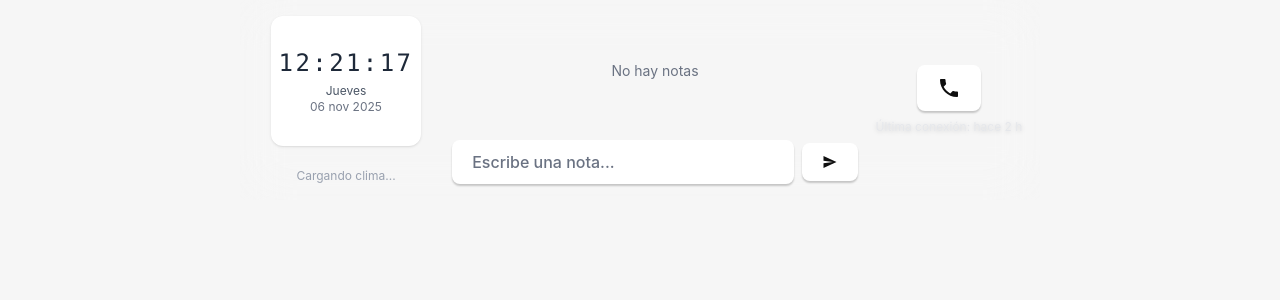
Repository: CodeByEvans/my-romantic-widget
Page: /
The author's editor kept a copy of each file at every save. The page is drawn from the files as they stood at one save, then again after the next save.
The browser window is 1280 px wide. The pictures show the whole page.
The page's requests for data from a server got no answer. The project was rebuilt for these pictures with package versions that can differ from the ones it lists, and the page was loaded fresh each time. No one was signed in, and anything a server would have sent is missing. Also part of the build but not shown: vite.config.ts.

Above is the page before, as saved 2025-11-06 13:37:07.

### src/App.tsx
import "./App.css";
import { Clock } from "./components/Clock";
import { WeatherWidget } from "./components/WeatherWidget";
import { NotesList } from "./components/NotesList";
import { NoteInput } from "./components/NoteInput";
import { CallButton } from "./components/CallButton";

function App() {
  return (
    <main
      data-tauri-drag-region
      className="w-[800px] h-[200px] mx-auto flex items-center justify-between gap-4
                      backdrop-blur-xl backdrop-saturate-150
                        p-4
                     text-gray-800"
    >
      {/* Clima + Reloj */}
      <section className="flex flex-col justify-between items-center h-full w-[180px] gap-2">
        <Clock />
        <WeatherWidget />
      </section>

      {/* Notas + input */}
      <section className="flex flex-col justify-between h-full flex-1">
        <NotesList />
        <NoteInput />
      </section>

      {/* Llamada */}
      <section className="flex flex-col justify-center items-center h-full w-[150px]">
        <CallButton />
        <p className="text-xs text-gray-200 mt-2 drop-shadow-sm">
          Última conexión: hace 2 h
        </p>
      </section>
    </main>
  );
}

export default App;

### src/App.css
@import "tailwindcss";

.logo.vite:hover {
  filter: drop-shadow(0 0 2em #747bff);
}

.logo.react:hover {
  filter: drop-shadow(0 0 2em #61dafb);
}
:root {
  font-family: Inter, Avenir, Helvetica, Arial, sans-serif;
  font-size: 16px;
  line-height: 24px;
  font-weight: 400;

  color: #0f0f0f;
  background-color: #f6f6f6;

  font-synthesis: none;
  text-rendering: optimizeLegibility;
  -webkit-font-smoothing: antialiased;
  -moz-osx-font-smoothing: grayscale;
  -webkit-text-size-adjust: 100%;
  -webkit-app-region: drag;
}

.container {
  margin: 0;
  padding-top: 10vh;
  display: flex;
  flex-direction: column;
  justify-content: center;
  text-align: center;
}

.logo {
  height: 6em;
  padding: 1.5em;
  will-change: filter;
  transition: 0.75s;
}

.logo.tauri:hover {
  filter: drop-shadow(0 0 2em #24c8db);
}

.row {
  display: flex;
  justify-content: center;
}

a {
  font-weight: 500;
  color: #646cff;
  text-decoration: inherit;
}

a:hover {
  color: #535bf2;
}

h1 {
  text-align: center;
}

input,
button {
  border-radius: 8px;
  border: 1px solid transparent;
  padding: 0.6em 1.2em;
  font-size: 1em;
  font-weight: 500;
  font-family: inherit;
  color: #0f0f0f;
  background-color: #ffffff;
  transition: border-color 0.25s;
  box-shadow: 0 2px 2px rgba(0, 0, 0, 0.2);
  -webkit-app-region: no-drag;
}

button {
  cursor: pointer;
}

button:hover {
  border-color: #396cd8;
}
button:active {
  border-color: #396cd8;
  background-color: #e8e8e8;
}

input,
button {
  outline: none;
}

#greet-input {
  margin-right: 5px;
}

@media (prefers-color-scheme: dark) {
  :root {
    color: #f6f6f6;
    background-color: #2f2f2f;
  }

  a:hover {
    color: #24c8db;
  }

  input,
  button {
    color: #ffffff;
    background-color: #0f0f0f98;
  }
  button:active {
    background-color: #0f0f0f69;
  }
}

### src/components/Clock.tsx
import { useEffect, useState } from "react";

export const Clock = () => {
  const [time, setTime] = useState(new Date());

  useEffect(() => {
    const interval = setInterval(() => {
      setTime(new Date());
    }, 1000);
    return () => clearInterval(interval);
  }, []);

  const hours = time.getHours().toString().padStart(2, "0");
  const minutes = time.getMinutes().toString().padStart(2, "0");
  const seconds = time.getSeconds().toString().padStart(2, "0");

  const day = time.toLocaleDateString("es-ES", { weekday: "long" });
  const date = time.toLocaleDateString("es-ES", {
    day: "2-digit",
    month: "short",
    year: "numeric",
  });

  return (
    <div className="bg-white rounded-xl shadow-sm px-3 py-2 flex flex-col items-center justify-center w-[150px] h-[130px] backdrop-blur-sm">
      <p className="text-2xl font-mono tracking-widest text-gray-800">
        {hours}:{minutes}:{seconds}
      </p>
      <p className="text-xs text-gray-600 mt-1 capitalize">{day}</p>
      <p className="text-xs text-gray-500">{date}</p>
    </div>
  );
};

### src/components/WeatherWidget.tsx
import { JSX } from "react";
import { useWeather } from "../hooks/useWeather";
import {
  WiDaySunny,
  WiCloud,
  WiRain,
  WiSnow,
  WiThunderstorm,
  WiFog,
  WiDayHaze,
} from "react-icons/wi";

const weatherStyles: Record<string, { gradient: string; icon: JSX.Element }> = {
  Thunderstorm: {
    gradient: "from-indigo-800 via-purple-700 to-indigo-900 text-white",
    icon: <WiThunderstorm size={28} />,
  },
  Drizzle: {
    gradient: "from-sky-400 via-sky-500 to-blue-600 text-white",
    icon: <WiRain size={28} />,
  },
  Rain: {
    gradient: "from-blue-500 via-indigo-500 to-blue-700 text-white",
    icon: <WiRain size={28} />,
  },
  Snow: {
    gradient: "from-cyan-100 via-blue-100 to-blue-300 text-gray-700",
    icon: <WiSnow size={28} />,
  },
  Mist: {
    gradient: "from-gray-200 via-gray-300 to-gray-400 text-gray-800",
    icon: <WiFog size={28} />,
  },
  Haze: {
    gradient: "from-amber-200 via-amber-300 to-amber-400 text-gray-800",
    icon: <WiDayHaze size={28} />,
  },
  Clear: {
    gradient: "from-yellow-200 via-orange-300 to-pink-400 text-gray-900",
    icon: <WiDaySunny size={28} />,
  },
  Clouds: {
    gradient: "from-gray-300 via-gray-400 to-gray-600 text-gray-900",
    icon: <WiCloud size={28} />,
  },
  Fog: {
    gradient: "from-gray-300 via-gray-400 to-gray-500 text-gray-900",
    icon: <WiFog size={28} />,
  },
};

export const WeatherWidget = () => {
  const { data, loading, errorWeather } = useWeather();

  if (errorWeather)
    return <div className="text-xs text-red-400">{errorWeather}</div>;
  if (loading || !data)
    return <div className="text-xs text-gray-400">Cargando clima...</div>;

  const [city, info] = Object.entries(data)[0] || [];
  const temp = Math.round(info.main.temp);
  const condition = info.weather[0].main;

  const style = weatherStyles[condition] || weatherStyles["Clouds"];

  return (
    <div
      className={`relative flex flex-col items-center justify-center rounded-2xl
                  bg-gradient-to-br ${style.gradient} w-[150px] h-[100px]
                  backdrop-blur-md bg-opacity-70 shadow-[0_2px_10px_rgba(0,0,0,0.3)]
                  border border-white/20 overflow-hidden transition-all duration-500`}
    >
      {/* sutil capa de brillo animado */}
      <div className="absolute inset-0 bg-white/10 opacity-0 hover:opacity-20 transition-opacity duration-500" />

      {/* borde de reflejo superior */}
      <div className="absolute top-0 left-0 right-0 h-[1px] bg-white/40" />

      {/* contenido */}
      <div className="flex items-center gap-2">
        <div className="animate-pulse-slow">{style.icon}</div>
        <div className="flex flex-col items-start leading-tight">
          <h2 className="text-xs font-semibold tracking-wide drop-shadow-sm">
            {city}
          </h2>
          <p className="text-lg font-bold drop-shadow-sm">{temp}°C</p>
        </div>
      </div>
    </div>
  );
};

### src/components/NotesList.tsx
import { useRealTimeNotes } from "../hooks/useRealTimeNotes";

export const NotesList = () => {
  const notes = useRealTimeNotes();

  const sortedNotes = [...notes].sort(
    (a, b) =>
      new Date(b.created_at).getTime() - new Date(a.created_at).getTime()
  );

  const noteToShow = sortedNotes[0];
  if (!noteToShow)
    return (
      <div className="flex items-center justify-center h-[110px] text-gray-500 text-sm">
        No hay notas
      </div>
    );

  return (
    <div className="bg-white rounded-xl backdrop-blur-sm shadow-inner p-3 h-[110px] overflow-hidden">
      <div className="flex justify-between items-center mb-1">
        <h3 className="font-semibold text-sm text-gray-700">
          {noteToShow.from}
        </h3>
        <small className="text-xs text-gray-400">
          {new Date(noteToShow.created_at).toLocaleString()}
        </small>
      </div>
      <p className="text-gray-700 text-sm italic line-clamp-3">
        {noteToShow.message}
      </p>
    </div>
  );
};

### src/components/NoteInput.tsx
import { IoMdSend } from "react-icons/io";

export const NoteInput = () => {
  return (
    <form className="flex items-center gap-2 mt-2">
      <input
        type="text"
        placeholder="Escribe una nota..."
        className="flex-1 text-sm px-3 py-2 rounded-lg bg-white text-gray-800 placeholder-gray-500 focus:outline-none focus:ring-2 focus:ring-blue-300 transition-all"
      />
      <button
        type="submit"
        className="p-2 bg-blue-500 rounded-full text-white hover:bg-blue-600 transition-colors"
      >
        <IoMdSend size={16} />
      </button>
    </form>
  );
};

### src/components/CallButton.tsx
import { IoMdCall } from "react-icons/io";

export const CallButton = () => {
  return (
    <div className="flex flex-col items-center justify-center">
      <button className="p-4 bg-green-500 text-white rounded-full shadow-md hover:bg-green-600 hover:scale-105 transition-transform">
        <IoMdCall size={24} />
      </button>
    </div>
  );
};

### src/hooks/useWeather.ts
import { useEffect, useState } from "react";
import {
  getCityByCoordinates,
  getWeatherByCity,
} from "../services/weatherService";
import { WeatherData } from "../types/weather";
import { useGeolocation } from "./useGeolocation";

export const useWeather = () => {
  const { coords, error } = useGeolocation();
  const [data, setData] = useState<Record<string, WeatherData> | null>(null);
  const [loading, setLoading] = useState<boolean>(false);
  const [errorWeather, setErrorWeather] = useState<string | null>(null);

  useEffect(() => {
    if (error) setErrorWeather(error);
  }, [error]);

  useEffect(() => {
    if (!coords) return;

    const fetchWeather = async () => {
      setLoading(true);
      try {
        const city = await getCityByCoordinates(
          coords.latitude,
          coords.longitude
        );
        const weather = await getWeatherByCity(city[0].name);
        setData({ [city[0].name]: weather });
      } catch (error) {
        console.error(error);
      } finally {
        setLoading(false);
      }
    };

    fetchWeather();
  }, [coords]);

  return { data, loading, errorWeather };
};

### src/hooks/useRealTimeNotes.ts
import { useEffect, useState } from "react";
import z from "zod";
import { supabase } from "../services/supabaseClient";

const noteSchema = z.object({
  id: z.number(),
  from: z.string(),
  message: z.string(),
  created_at: z.string(),
});

type Note = z.infer<typeof noteSchema>;

export const useRealTimeNotes = () => {
  const [notes, setNotes] = useState<Note[]>([]);

  useEffect(() => {
    // Cargar notas iniciales
    supabase
      .from<"notes", Note>("notes")
      .select("*")
      .then(({ data, error }) => {
        if (data) {
          setNotes(data);
          console.log("Notas cargadas:", data);
        } else {
          console.error("Error fetching notes:", error);
        }
      });

    // Suscripción en tiempo real
    const channel = supabase
      .channel("public:notes")
      .on(
        "postgres_changes",
        { event: "*", schema: "public", table: "notes" },
        (payload) => {
          console.log("Cambio dettectado:", payload);

          if (payload.eventType === "INSERT") {
            const newNote = noteSchema.parse(payload.new);
            setNotes((prevNotes) => [...prevNotes, newNote]);
            console.log("Nota añadida:", newNote);
          } else if (payload.eventType === "UPDATE") {
            setNotes((prev) =>
              prev.map((note) =>
                note.id === payload.new.id
                  ? noteSchema.parse(payload.new)
                  : note
              )
            );
          } else if (payload.eventType === "DELETE") {
            setNotes((prev) =>
              prev.filter((note) => note.id !== payload.old.id)
            );
          }
        }
      )
      .subscribe();

    return () => {
      supabase.removeChannel(channel);
    };
  }, []);

  return notes;
};

### src/services/weatherService.ts
import { envs } from "../config/envs";

export const getWeatherByCity = async (city: string) => {
  const response = await fetch(
    `https://api.openweathermap.org/data/2.5/weather?q=${city}&appid=${envs.openWeatherApiKey}&units=metric`
  );

  if (!response.ok) {
    throw new Error("No se pudo obtener el clima");
  }
  return response.json();
};

export const getCityByCoordinates = async (lat: number, lon: number) => {
  const response = await fetch(
    `https://api.openweathermap.org/geo/1.0/reverse?lat=${lat}&lon=${lon}&limit=1&appid=${envs.openWeatherApiKey}`
  );

  if (!response.ok) {
    throw new Error("No se pudo obtener la ciudad");
  }

  return response.json();
};

### src/hooks/useGeolocation.ts
import { useEffect, useState } from "react";

export const useGeolocation = () => {
  const [coords, setCoords] = useState<{
    latitude: number;
    longitude: number;
  } | null>(null);
  const [error, setError] = useState<string | null>(null);

  useEffect(() => {
    if (!navigator.geolocation) {
      setError("Geolocalización no soportada por el navegador");
      return;
    }

    navigator.geolocation.getCurrentPosition(
      (position) => {
        setCoords({
          latitude: position.coords.latitude,
          longitude: position.coords.longitude,
        });
      },
      (err) => {
        setError(`Error obteniendo la geolocalización: ${err.message}`);
      }
    );
  }, []);

  return { coords, error };
};

### src/services/supabaseClient.ts
import { createClient } from "@supabase/supabase-js";
import { envs } from "../config/envs";

export const supabase = createClient(envs.supabaseUrl, envs.supabaseAnonKey, {
  realtime: {
    params: {
      eventsPerSecond: 10,
    },
  },
});

### src/config/envs.ts
import * as z from "zod";

const envSchema = z.object({
  VITE_SUPABASE_URL: z.string().url(),
  VITE_SUPABASE_ANON_KEY: z.string().min(1),
  VITE_OPEN_WEATHER_API_KEY: z.string().min(1),
});

const parsed = envSchema.parse(import.meta.env);

export const envs = {
  supabaseUrl: parsed.VITE_SUPABASE_URL,
  supabaseAnonKey: parsed.VITE_SUPABASE_ANON_KEY,
  openWeatherApiKey: parsed.VITE_OPEN_WEATHER_API_KEY,
};

Loaded but not shown: index.html (common file); src/main.tsx (common file)

After the next save:
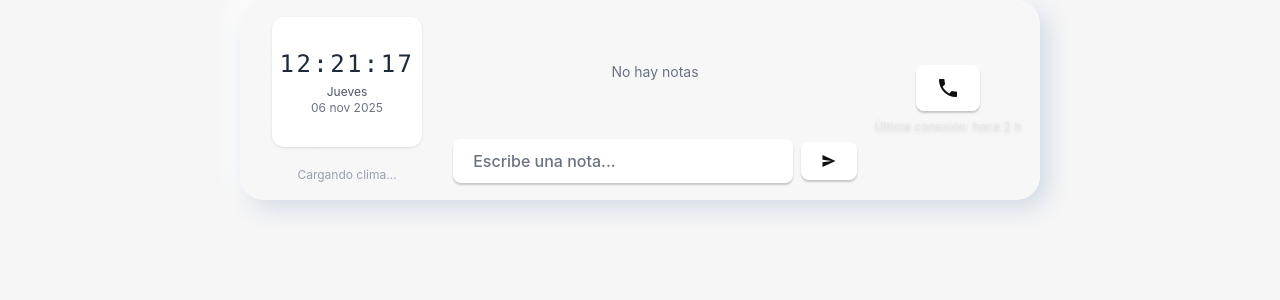
Saved 43 min 23 s later.
--- a/src/App.tsx
+++ b/src/App.tsx
@@ -10,9 +10,9 @@ function App() {
     <main
       data-tauri-drag-region
       className="w-[800px] h-[200px] mx-auto flex items-center justify-between gap-4
-                      backdrop-blur-xl backdrop-saturate-150
-                        p-4
-                     text-gray-800"
+             bg-white/10 backdrop-blur-2xl border border-white/20
+             rounded-3xl shadow-[8px_8px_25px_#d1d9e6,-8px_-8px_25px_#ffffff]
+             p-4 text-gray-800"
     >
       {/* Clima + Reloj */}
       <section className="flex flex-col justify-between items-center h-full w-[180px] gap-2">
